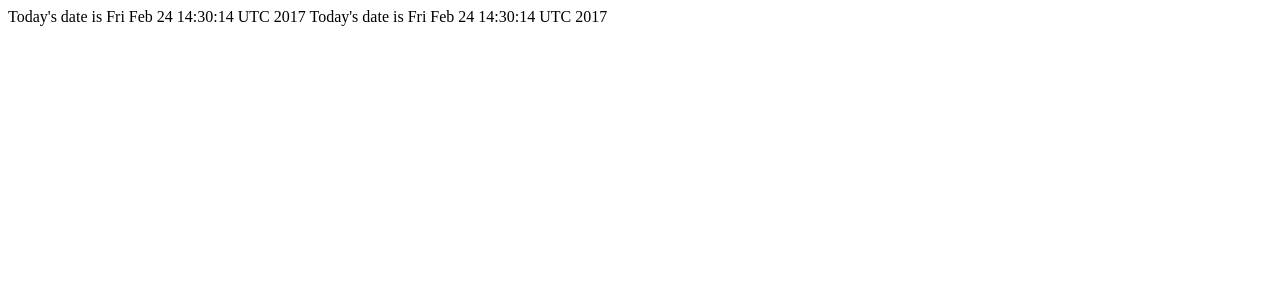
Repository: Peacepapi/1702Java
Page: http://localhost/jsp/
These files come from the project's save history. The page is drawn as it stood at one moment and after the next save; the edit follows.
The browser window is 1280 px wide. The pictures show the whole page.
The page is served by Tomcat 9. Other server files are loaded and not shown.

Above is the page before, as saved 2017-03-01 14:29:52.

### jsp/WebContent/index.jsp
<%@ page language="java" contentType="text/html; charset=ISO-8859-1"
    pageEncoding="ISO-8859-1"%>
<!-- Declaration: translation instructions (occur at translation time) -->
<%@ page import="java.util.Date" %>

<!DOCTYPE html PUBLIC "-//W3C//DTD HTML 4.01 Transitional//EN" "http://www.w3.org/TR/html4/loose.dtd">
<html>
<head>
<meta http-equiv="Content-Type" content="text/html; charset=ISO-8859-1">
<title>JSP File</title>
</head>
<body>
<!-- Scriplet: embed Java code. executed inside _jspService method -->
Today's date is <%
	out.println(new Date());
 %>
<!-- Expression: short-hand for out.println.  -->
Today's date is <%= new Date() %>
</body>
</html>

After the next save:
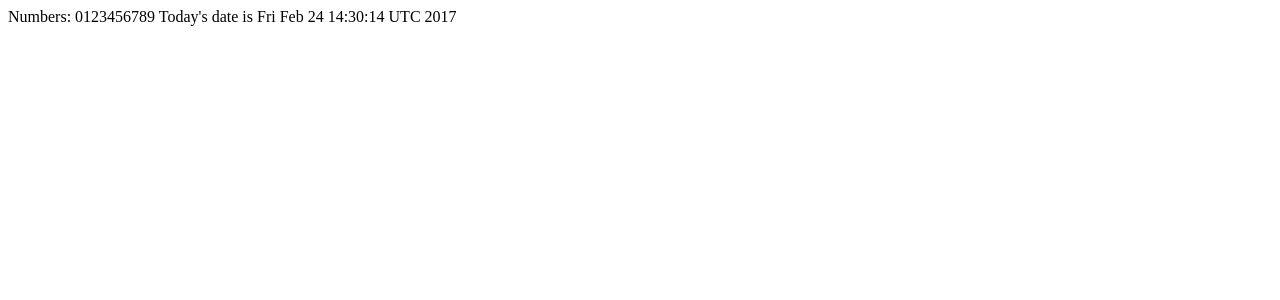
Saved 99 s later.
--- a/jsp/WebContent/index.jsp
+++ b/jsp/WebContent/index.jsp
@@ -11,9 +11,12 @@
 </head>
 <body>
 <!-- Scriplet: embed Java code. executed inside _jspService method -->
-Today's date is <%
-	out.println(new Date());
- %>
+Numbers:
+<%
+	for(int i=0;i<10;i++){
+		out.print(i);
+	}
+%>
 <!-- Expression: short-hand for out.println.  -->
 Today's date is <%= new Date() %>
 </body>
